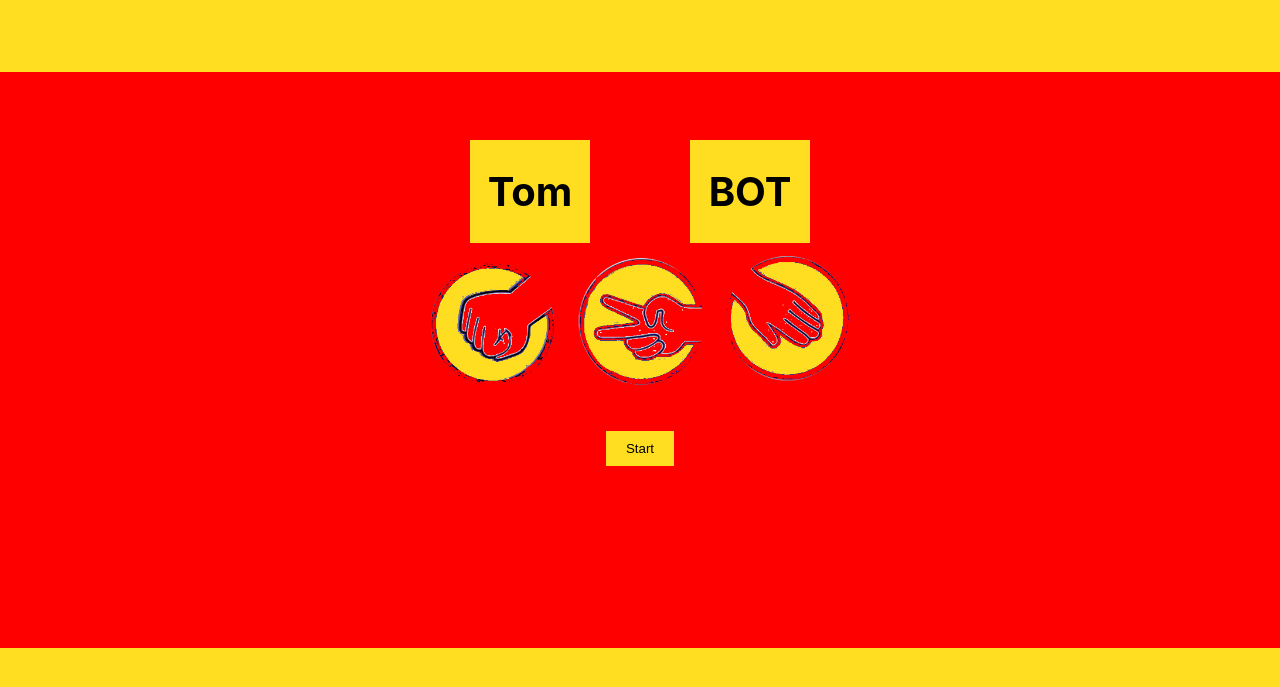
Repository: K009/Rock-Paper-Scissors
Page: /
These files come from the project's save history. The page is drawn as it stood at one moment and after the next save; the edit follows.
The browser window is 1280 px wide. The pictures show the whole page.
The project was rebuilt for these pictures with package versions that can differ from the ones it lists, and the page was loaded fresh each time.

Above is the page before, as saved 2020-05-13 11:07:03.

After the next save:
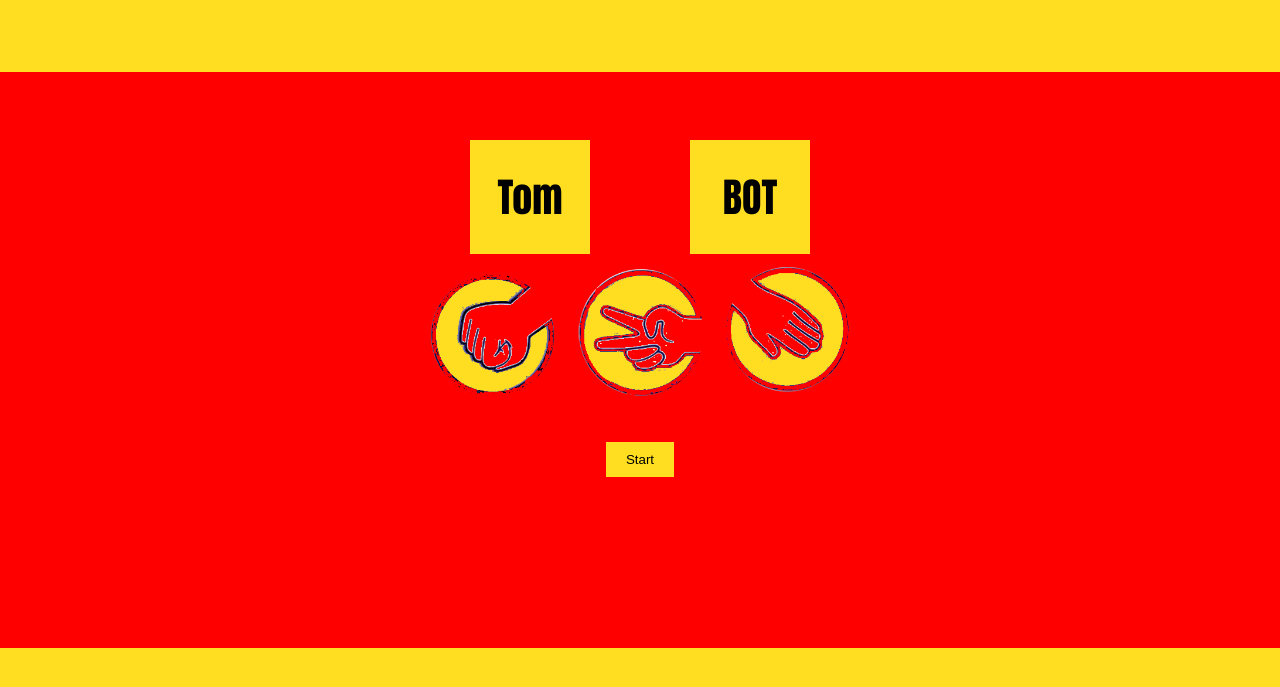
Saved 12 s later.
--- a/src/components/player.module.css
+++ b/src/components/player.module.css
@@ -2,6 +2,7 @@
   background-color: #ffde22;
   font-size: 20px;
   text-align: center;
+  font-family: Impact, Haettenschweiler, "Arial Narrow Bold", sans-serif;
   width: 120px;
   float: left;
   margin-top: 20%;
